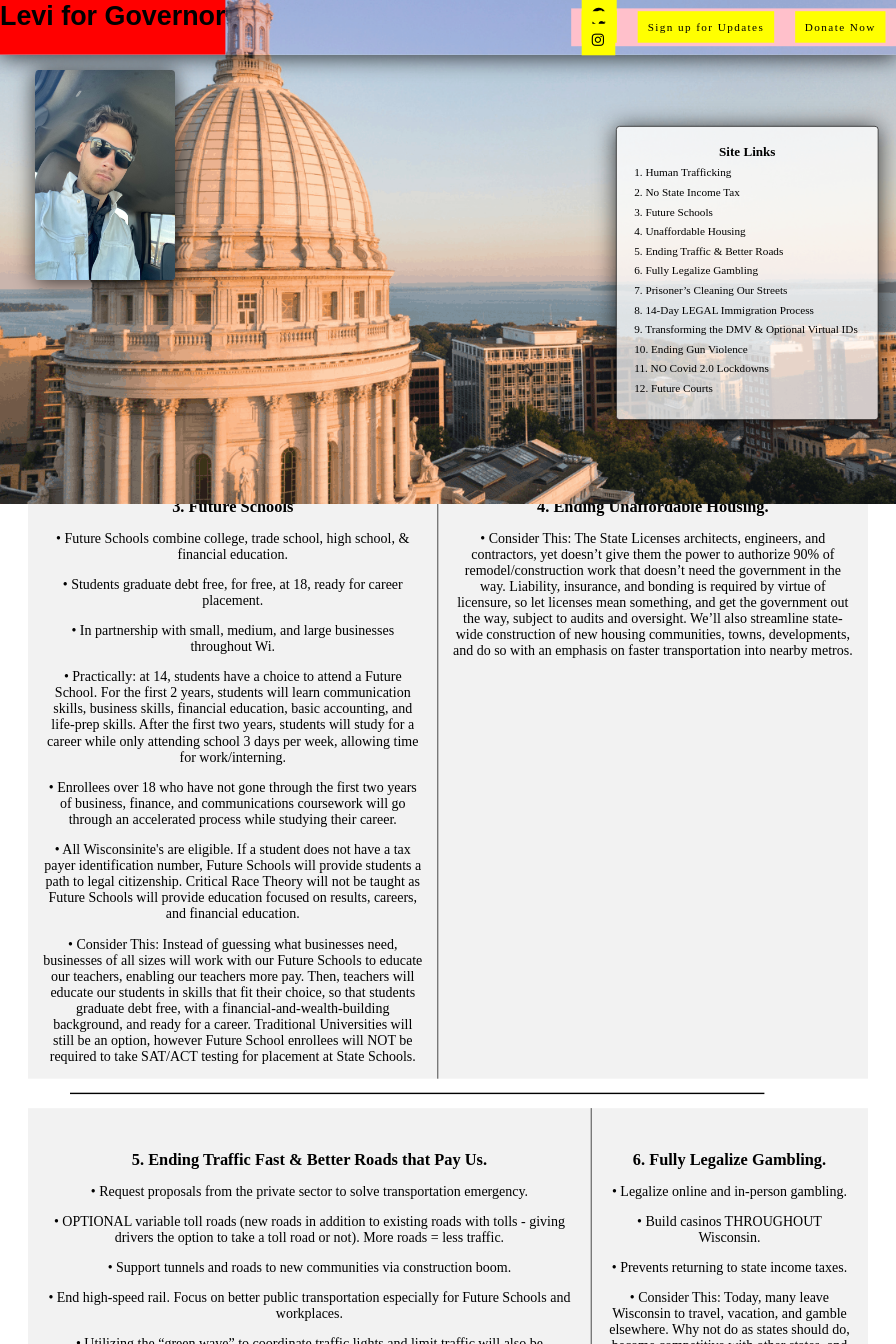
Repository: LeviCB/LeviCB.github.io
Page: index.html
The author's editor kept a record of every edit. The page is drawn from the files as they stood at one moment, then again after the next edit.
The browser window is 1280 px wide. The pictures show the part of the page from y = 0 to 1920 px (the page is 3981 px tall), at 70% of full size.
Some web fonts or font styles are not loaded; a fallback is used. Some web libraries are served in a nearby version.

Above is the page before.
Console error: SyntaxError: Identifier 'head' has already been declared

After the next edit:
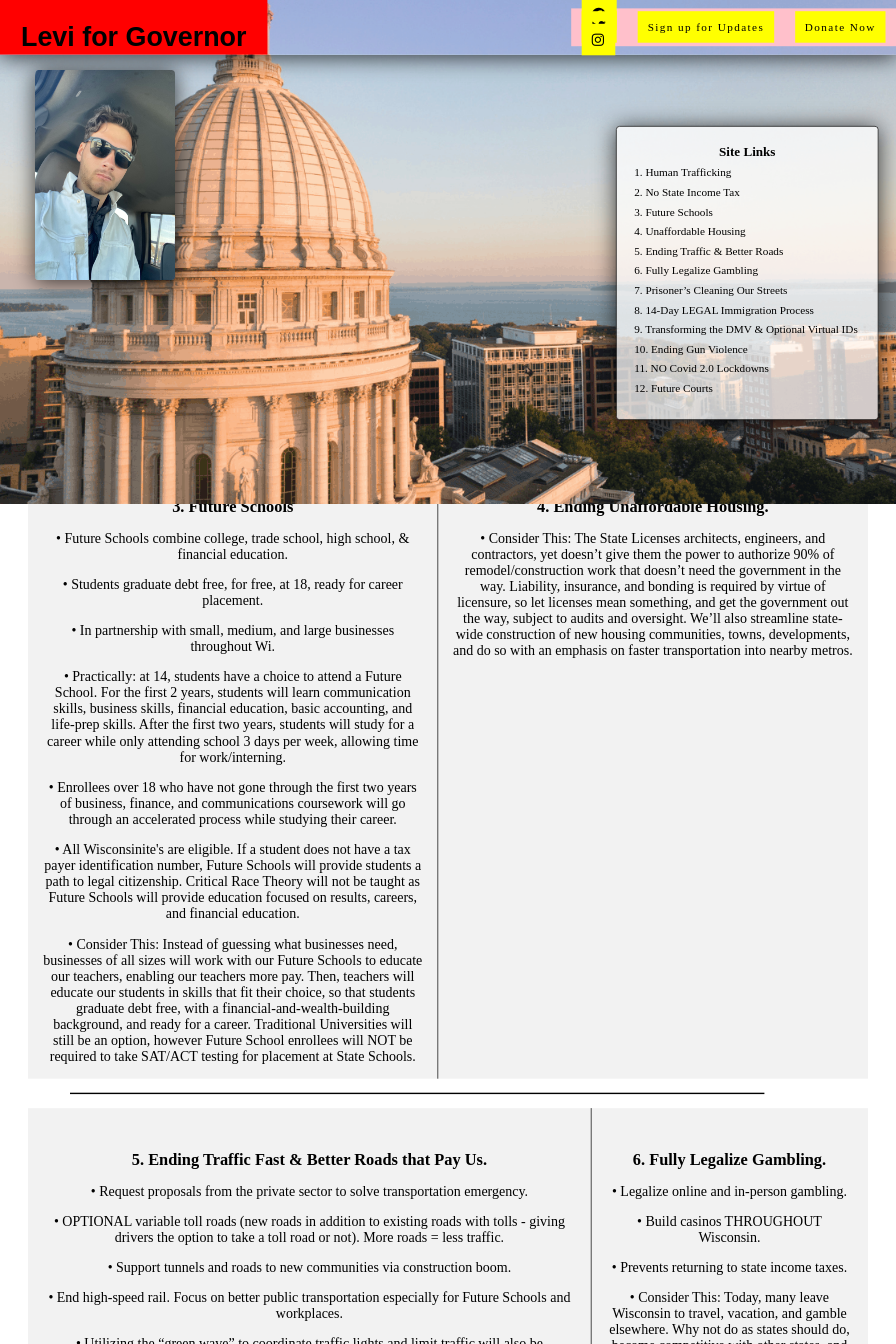
The edit:
--- a/assets/css/style.css
+++ b/assets/css/style.css
@@ -143,7 +143,8 @@
   background-color: red;
   position: relative;
   width: auto;
-  height: 100%;
+  height: 78px;
+  padding: 30px;
   font-size: 3vw;
   color: black;
   text-decoration: none;
